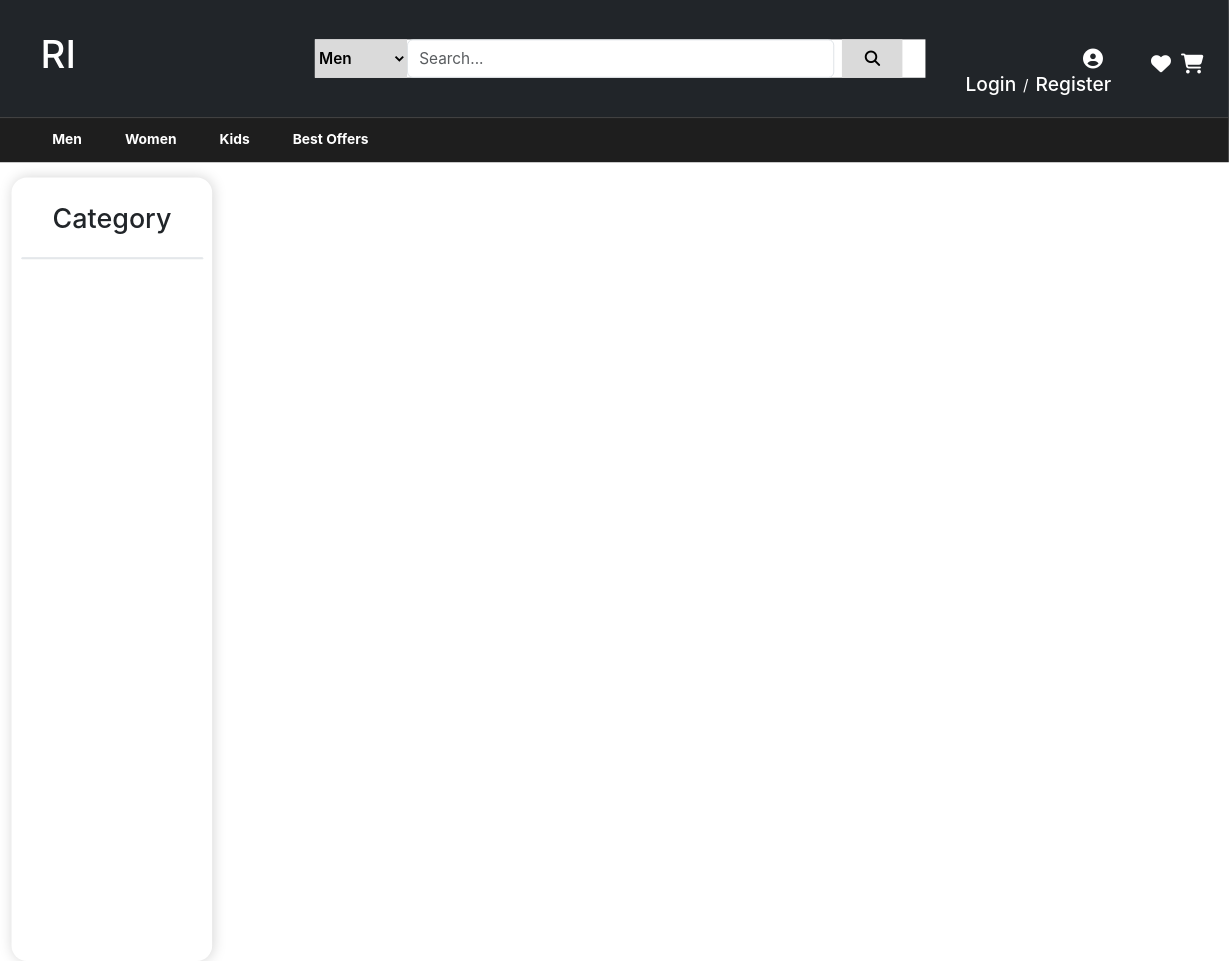
Repository: KodandaraoChellapilli/e-store
Page: /
These files come from the project's save history. The page is drawn as it stood at one moment and after the next save; the edit follows.
The browser window is 1280 px wide. The pictures show the whole page, at 96% of full size.
The project was rebuilt for these pictures with package versions that can differ from the ones it lists, and the page was loaded fresh each time. Also part of the build but not shown: src/App.css.

Above is the page before, as saved 2025-06-09 14:47:59.

### public/index.html
<!DOCTYPE html>
<html lang="en">
  <head>
    <meta charset="utf-8" />
    <link rel="icon" href="%PUBLIC_URL%/favicon.ico" />
    <meta name="viewport" content="width=device-width, initial-scale=1" />
    <meta name="theme-color" content="#000000" />
    <meta
      name="description"
      content="Web site created using create-react-app"
    />
    <link rel="apple-touch-icon" href="%PUBLIC_URL%/logo192.png" />
    <!--
      manifest.json provides metadata used when your web app is installed on a
      user's mobile device or desktop. See https://developers.google.com/web/fundamentals/web-app-manifest/
    -->
    <link rel="manifest" href="%PUBLIC_URL%/manifest.json" />

    <link rel="stylesheet"   href="https://cdnjs.cloudflare.com/ajax/libs/font-awesome/6.7.2/css/all.min.css"/>


    <link href="https://cdn.jsdelivr.net/npm/bootstrap@5.3.6/dist/css/bootstrap.min.css" rel="stylesheet" integrity="sha384-4Q6Gf2aSP4eDXB8Miphtr37CMZZQ5oXLH2yaXMJ2w8e2ZtHTl7GptT4jmndRuHDT" crossorigin="anonymous">
    <!--
      Notice the use of %PUBLIC_URL% in the tags above.
      It will be replaced with the URL of the `public` folder during the build.
      Only files inside the `public` folder can be referenced from the HTML.

      Unlike "/favicon.ico" or "favicon.ico", "%PUBLIC_URL%/favicon.ico" will
      work correctly both with client-side routing and a non-root public URL.
      Learn how to configure a non-root public URL by running `npm run build`.
    -->
    <title>React App</title>
  </head>
  <body>
    <noscript>You need to enable JavaScript to run this app.</noscript>
    <div id="root"></div>
    <!--
      This HTML file is a template.
      If you open it directly in the browser, you will see an empty page.

      You can add webfonts, meta tags, or analytics to this file.
      The build step will place the bundled scripts into the <body> tag.

      To begin the development, run `npm start` or `yarn start`.
      To create a production bundle, use `npm run build` or `yarn build`.
    -->
  </body>
</html>

### src/App.js
import logo from './logo.svg';
import './App.css';
import TopNav from './Components/TopNav';
import  CatNav from './Components/CatNav';
import MainComponent from './Components/MainComponent';



function App() {
  return (
    <div className="App">

      <TopNav />
      <CatNav />
      <MainComponent />

    </div>
  );
}

export default App;

### src/Components/TopNav/index.js

import './_top-nav.scss';




const TopNav = ()=>{

    return (
        <div>

            <div className='header bg-dark'>
                    <div className='row'>

                    <div className='brand my-1'>
                        <h1>RI</h1>
                    </div>

                    <div className='inp-container p-0 my-4 w-50 h-25 bg-white'>

                        <div className='dropdown m-0 p-0'>
                        <select className='select-btn w-100 p-0 m-0'>
                            <option>Men</option>
                            <option>Women</option>
                            <option>Kids</option>
                        </select>
                        </div>

                        <input className='form-control' placeholder='Search...' />
                        <button><i className='fa fa-search'></i></button>

                    </div>

                    <div className='login-container p-0'>
                        <i className='fa fa-user-circle user-icon'></i>
                        <div className='auth-links'>
                        <h5><a href='#'>Login</a></h5>
                        <span> / </span>
                        <h5><a href="#">Register</a></h5>
                        </div>
                    </div>

                    <div className='cart-wishlist'>
                        <ul className='p-0'>
                        <li className='list-icon'><i className='fa fa-heart'></i></li>
                        <li className='list-icon'><i className='fa fa-shopping-cart'></i></li>
                        </ul>
                    </div>

                    </div>
      </div>
        </div>
    )

}

export default TopNav

### src/Components/CatNav/index.js
import './_cat-nav.scss';


const CatNav =()=> {
    return (
        <>

        <div className='cat-nav-container continer'>
            <ul>
                <li className ='list-items'> <a href='#'> Men  </a></li>
                <li className ='list-items' > <a href='#'> Women </a></li>
                <li  className ='list-items'> <a href='#'> Kids </a></li>
                <li  className ='list-items'> <a href='#'> Best Offers </a></li>

            </ul>
        </div>


        </>
    )
}

export default CatNav;

### src/Components/MainComponent/index.js
import './_main-component.scss';
import SideNav from '../SideNav';

const MainComponent =()=> {

    return (
        <div>
            <div className='container-fluid'>
                <div className='col-lg-2 col-md-3 col-sm-4'>
                    <SideNav/>
                </div>
            </div>
        </div>
    )
}

export default MainComponent;

### src/Components/TopNav/_top-nav.scss
@import '../../style/sass/variables';

.header {
  max-width: 100%;
  box-shadow: 5px 5px 20px gray;
  padding: 1em;
}

.row {
  display: flex;
  align-items: center;
  flex-wrap: wrap;
  justify-content: space-between;
}

.brand {
  color: white;
  margin-left: 2%;
  padding: 0.8em;
  width: 23%;
}

.inp-container {
  display: flex;
  align-items: center;
  width: 50%;
  padding: 0.5em;
  background-color: white;
}

.inp-container .dropdown {
  width: 15%;
  margin-right: 0.5em;
}

.drropdown{
    width: 15%;
}

.select-btn {
  height: $element-height;
  border: none;
  background-color: #dadada;
  font-weight: 600;
  width: 100%;
}

.inp-container input {
  width: 70%;
  height: $element-height;
  margin-right: 0.5em;
}

.inp-container button {
  width: 10%;
  height: $element-height;
  border: none;
  background-color: #dadada;
}

.login-container {
  width: 15%;
  color: white;
  text-align: right;
  margin: 1.7em 0.2em 0 0;
}

.user-icon {
  margin-right: 0.4em;
  padding: 0.2em;
  font-size: $icon-font;
}

.auth-links {
  display: inline-block;
}

.login-container h5,
.login-container span {
  display: inline-block;
  margin: 0 0.2em;
}

.login-container a {
  text-decoration: none;
  color: white;
}

.cart-wishlist {
  width: 7%;
  margin-top: 1.7em;
  margin-left: 1em;
}

.cart-wishlist .list-icon {
  color: white;
  font-size: $icon-font;
  list-style-type: none;
  display: inline-block;
  margin-right: 0.5em;
}

### src/Components/CatNav/_cat-nav.scss
@import '../../style/sass/variables';
@import '../../style/sass/mixins';


.cat-nav-container {
  background-color: #1e1e1e; // Dark background for nav
  max-width: 100%; // Makes the nav bar take full width
  border-top: 1px solid #444444; // Adds a subtle top border

  .list-items {
    list-style-type: none; // Removes bullets from the list
    display: inline-block; // Aligns list items horizontally
    margin: 0.2em 1em; // Space around each list item
    padding: 0.4em; // Inner spacing
    height: 2.5em; // Sets height of each item
  }

  a {
    text-decoration: none; // Removes underline from links
    color: white; // Makes link text white
    height: 1.8em; // Sets height of the anchor tag
    font-size: 0.9em; // Slightly smaller font
    font-weight: 700; // Makes text bold

    &::after {
      content: ''; // Creates a fake element after <a>
      display: block; // Makes it act like a visible block
      bottom: 0; // Align it to bottom (needs position to work correctly)
      left: 0; // Align it to left side
      height: 0.2em; // Thin line height
      background-color:$accent-color; // Line color
      transform: scaleX(0); // Starts invisible
      @include transition(transform, 0.2s )
    }

    &:hover::after {
      transform: scaleX(1.1); // When hovering, stretch the line slightly
    }
  }
}

### src/Components/SideNav/index.js
import './_side-nav.scss';


const SideNav =()=>{

    return (
        <div className='side-nav'>
            <div className='section-title'>
                <h3>Category</h3>

            </div>

            <div className= 'accordion'>
                <div className= 'accordion-item individual-category'>
                    <div>

                    </div>

                </div>

            </div>
        </div>
    )


}
export default SideNav;

### src/style/sass/_variables.scss
$accent-color: red;
$icon-font: 1.3em;
$element-height: 2.5em;

### src/style/sass/_mixins.scss
@mixin transition($property, $duration) {
  transition-property: $property;
  transition-duration: $duration;
}

### src/Components/SideNav/_side-nav.scss
.side-nav{
    margin-top: 1em;
    padding: 0.6em;
    box-shadow: 1px 0px 14px 0px lightgray;
    height: 51em;
    border-radius: 1em;


    .section-title{
        padding: 1em;

        h3{
            text-align: center;
        }
    }
}

Loaded but not shown: src/index.js (common file); src/index.css (common file); src/reportWebVitals.js (common file); src/Components/MainComponent/_main-component.scss (no stored copy; drawn as an empty file)

After the next save:
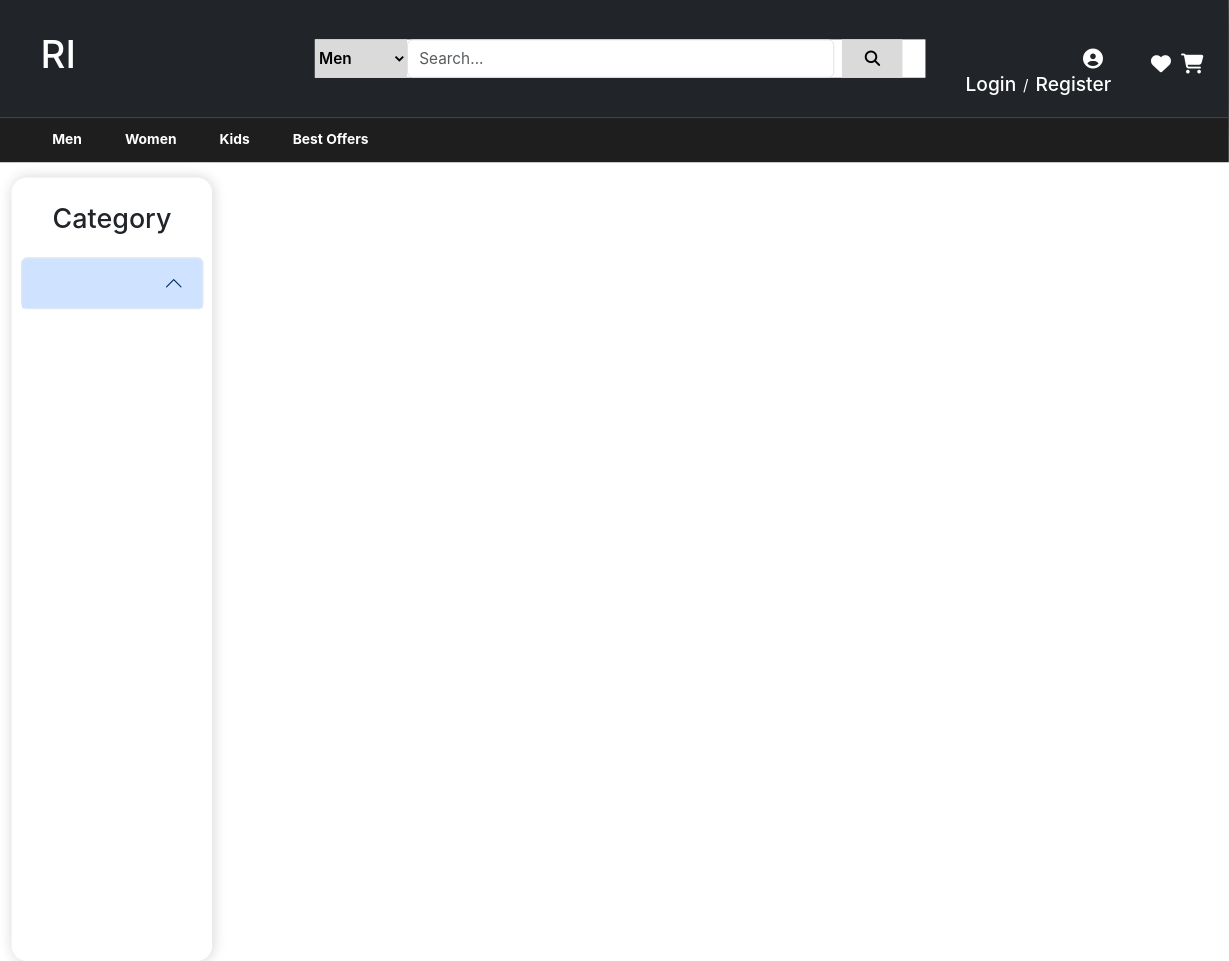
Saved 70 s later.
--- a/src/Components/SideNav/index.js
+++ b/src/Components/SideNav/index.js
@@ -12,7 +12,8 @@ const SideNav =()=>{
 
             <div className= 'accordion'>
                 <div className= 'accordion-item individual-category'>
-                    <div>
+                    <div className = 'accordion-header'>
+                        <button className='accordion-button'></button>
 
                     </div>
 
